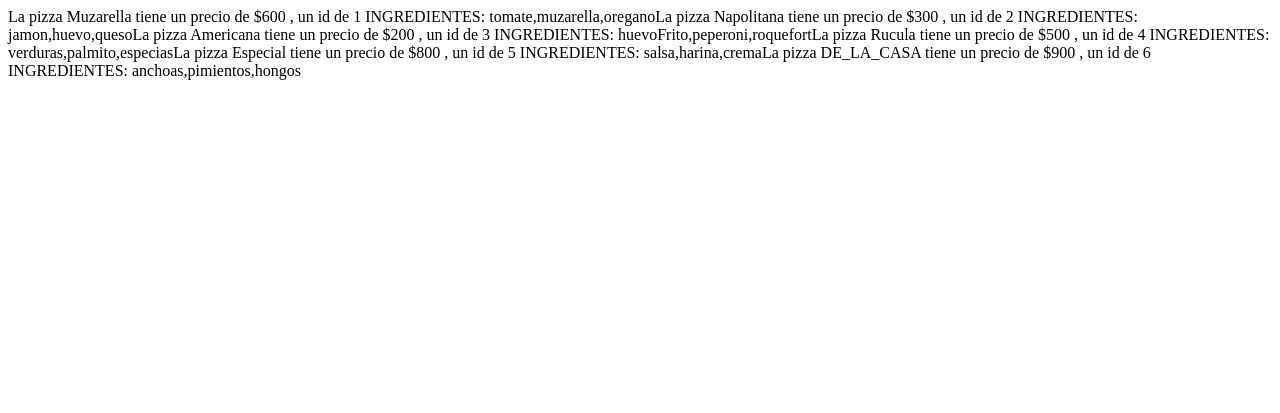
Repository: lucas-itup/E1-JAVASCRIPT
Page: index.html
These files come from the project's save history. The page is drawn as it stood at one moment and after the next save; the edit follows.
The browser window is 1280 px wide. The pictures show the whole page.

Above is the page before, as saved 2022-08-15 18:49:02.

After the next save:
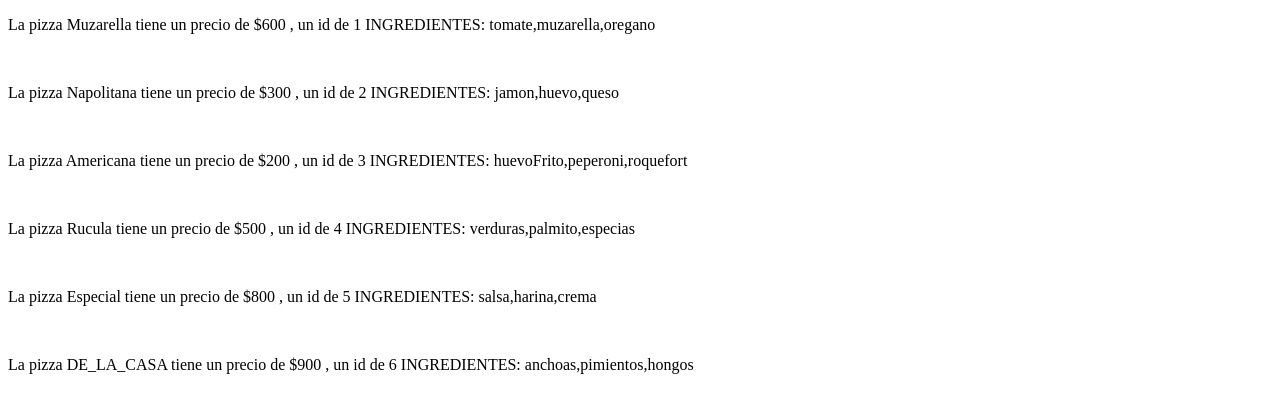
Saved 116 s later.
--- a/assets/index.js
+++ b/assets/index.js
@@ -61,7 +61,7 @@ pizzas.forEach(function pizza(e, i, array) {
     if (e.precio < "600") menores.push(e.nombre)
 
     console.log('La pizza ' + e.nombre + ' tiene un precio de $' + e.precio + ' , un id de ' + e.id + ' INGREDIENTES: ' + e.ingredientes.join())
-    listado.innerHTML += 'La pizza ' + e.nombre + ' tiene un precio de $' + e.precio + ' , un id de ' + e.id + ' INGREDIENTES: ' + e.ingredientes.join()
+    listado.innerHTML += '<p>La pizza ' + e.nombre + ' tiene un precio de $' + e.precio + ' , un id de ' + e.id + ' INGREDIENTES: ' + e.ingredientes.join() + '</p><br>'
 })
 
 console.log('Las pizzas que tienen un id impar son: ' + impares.join());
